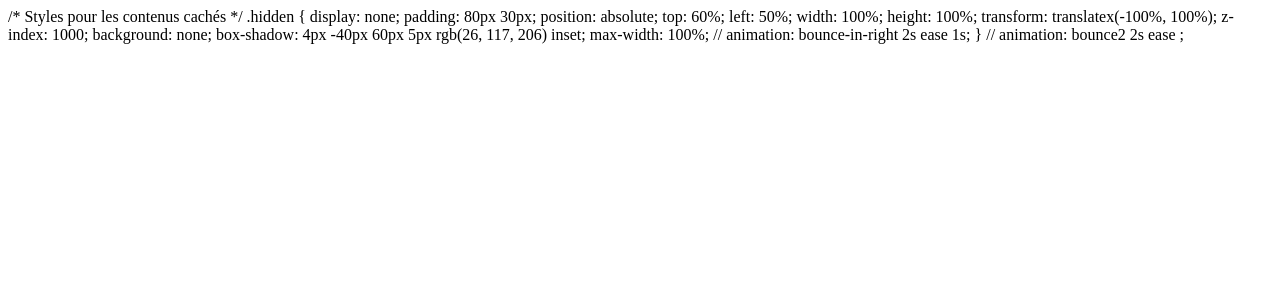
Repository: lysianebo/EricBidart
Page: scss/components/_presentation_more.html
These files come from the project's save history. The page is drawn as it stood at one moment and after the next save; the edit follows.
The browser window is 1280 px wide. The pictures show the whole page.

Above is the page before, as saved 2023-10-29 07:23:22.

After the next save:
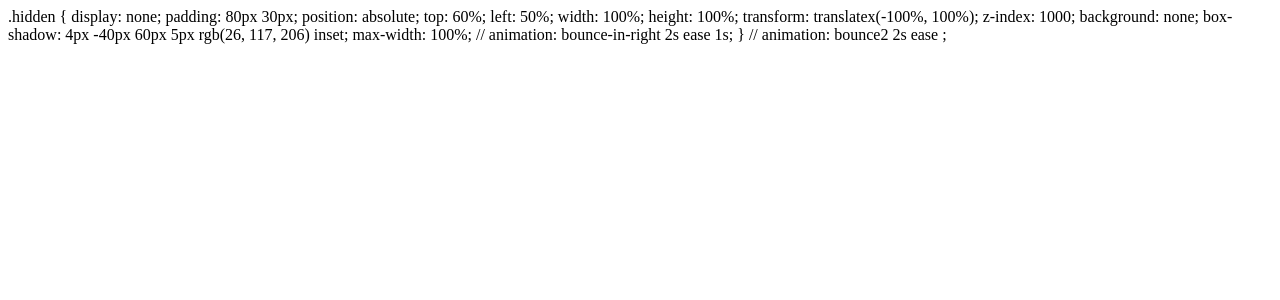
Saved 10 s later.
--- a/scss/components/_presentation_more.html
+++ b/scss/components/_presentation_more.html
@@ -1,4 +1,3 @@
-/* Styles pour les contenus cachés */
 .hidden {
 display: none;
 padding: 80px 30px;
